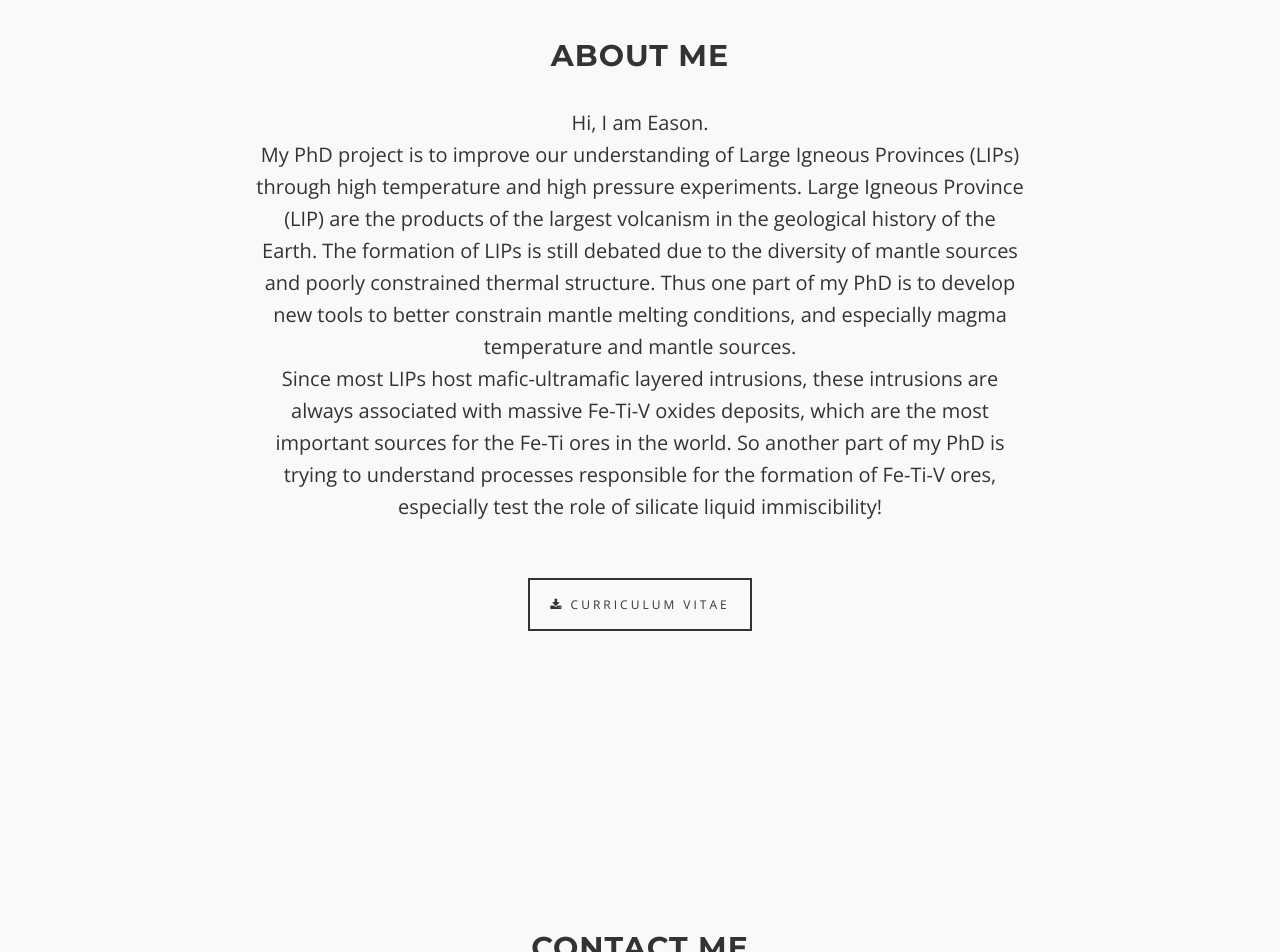
Repository: eazzzon/eazzzon.github.io
Page: aries-v1.0/index.html
These files come from the project's save history. The page is drawn as it stood at one moment and after the next save; the edit follows.
The browser window is 1280 px wide. The pictures show the part of the page from y = 831 to 1783 px (the page is 2228 px tall).

Above is the page before, as saved 2021-06-12 09:53:13.

After the next save:
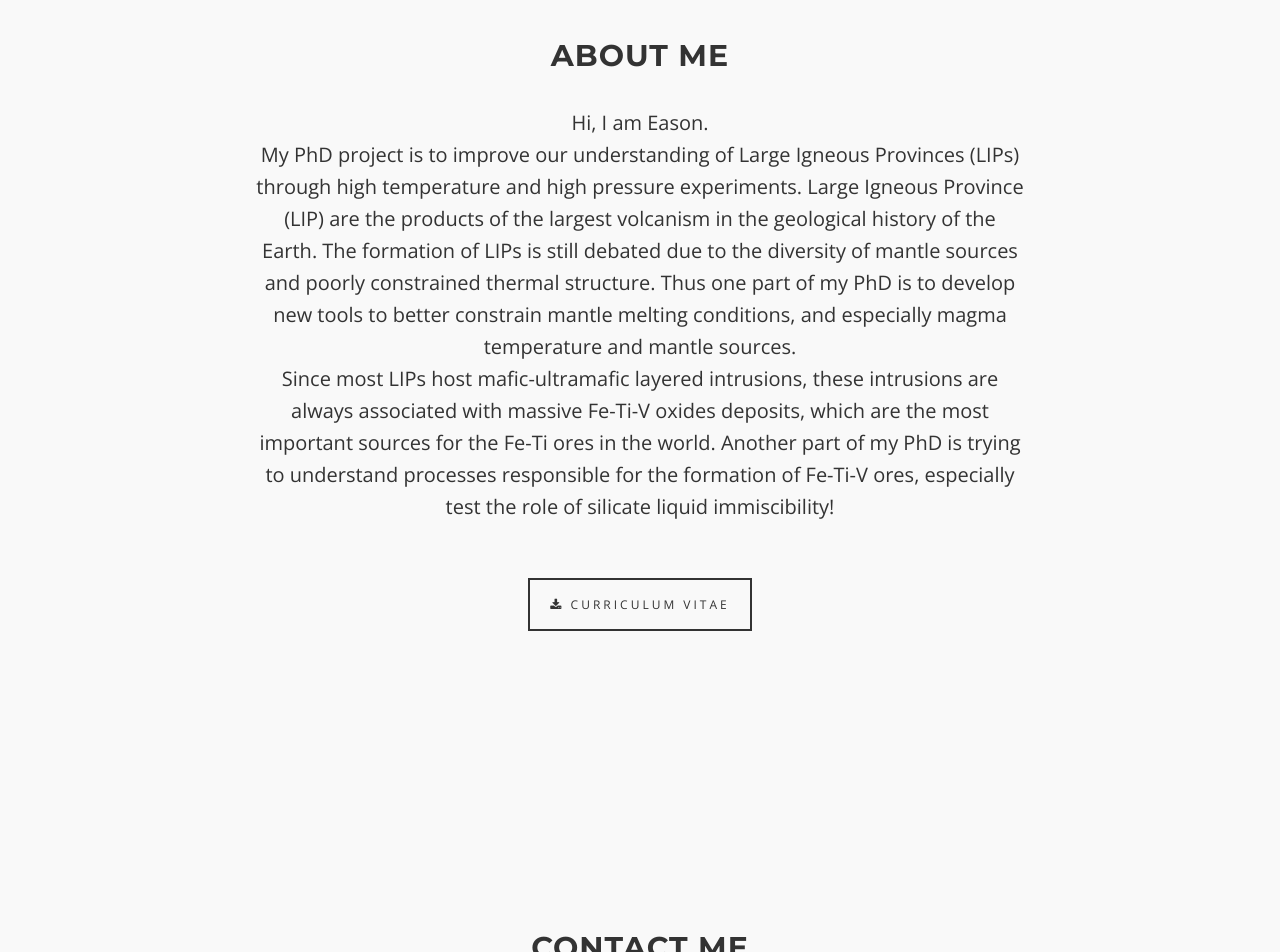
Saved 8 s later.
--- a/aries-v1.0/index.html
+++ b/aries-v1.0/index.html
@@ -81,7 +81,7 @@
 				Large Igneous Province (LIP) are the products of the largest volcanism in the geological history of the Earth.
 				The formation of LIPs is still debated due to the diversity of mantle sources and poorly constrained thermal structure. Thus one part of my PhD is to develop new tools to better constrain mantle melting conditions, and especially magma temperature and mantle sources.
 				<br>
-				Since most LIPs host mafic-ultramafic layered intrusions, these intrusions are always associated with massive Fe-Ti-V oxides deposits, which are the most important sources for the Fe-Ti ores in the world. So another part of my PhD is trying to understand processes responsible for the formation of Fe-Ti-V ores, especially test the role of silicate liquid immiscibility!
+				Since most LIPs host mafic-ultramafic layered intrusions, these intrusions are always associated with massive Fe-Ti-V oxides deposits, which are the most important sources for the Fe-Ti ores in the world. Another part of my PhD is trying to understand processes responsible for the formation of Fe-Ti-V ores, especially test the role of silicate liquid immiscibility!
 
 			</p>
 			<p>
